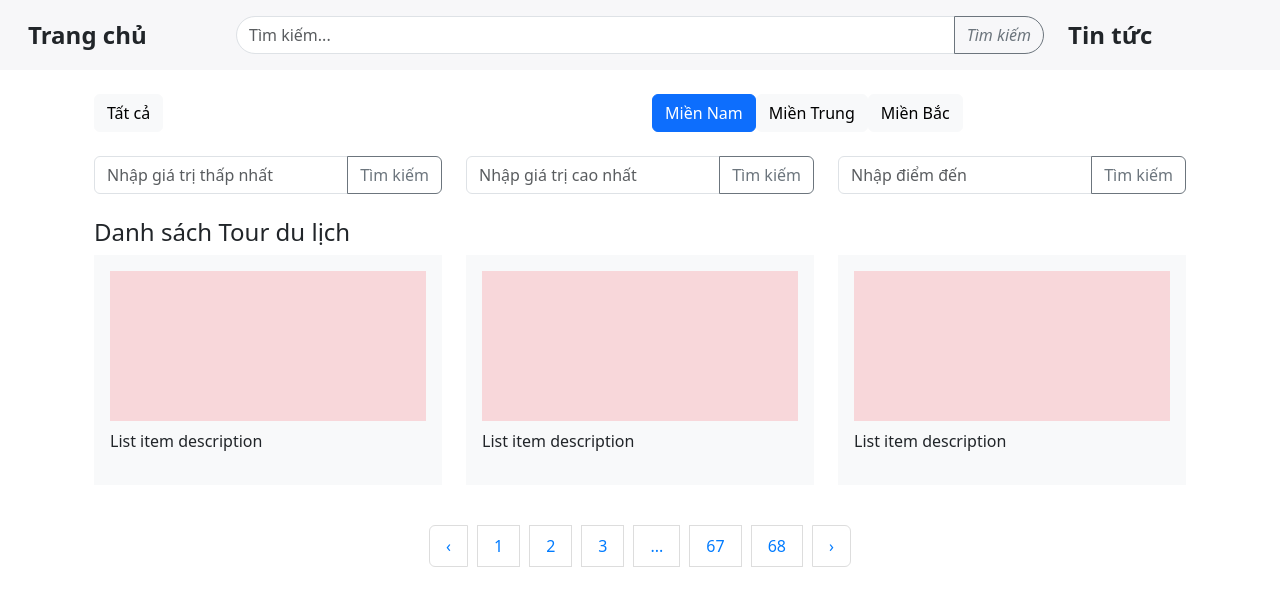
Repository: Minh23122003/qlDuAnPhanMem
Page: / (app in frontend/)
An editor plug-in stored every save of this project. The page is shown before and after a run of saves, followed by the edit.
The browser window is 1280 px wide. The pictures show the whole page.
The project was rebuilt for these pictures with package versions that can differ from the ones it lists, and the page was loaded fresh each time. Also part of the build but not shown: frontend/src/service/WebSocketService.js, frontend/src/components/Notifications.js, frontend/src/layout/Footer.js, frontend/src/configs/Apis.js, frontend/src/components/Relativeparkcard.js, frontend/src/components/Receipt/ReceiptList.css, frontend/src/components/merchandisecabinet.js, frontend/src/components/Service.js and 12 more.

Above is the page before, as saved 2024-09-05 19:45:54.

After the next 2 saves:
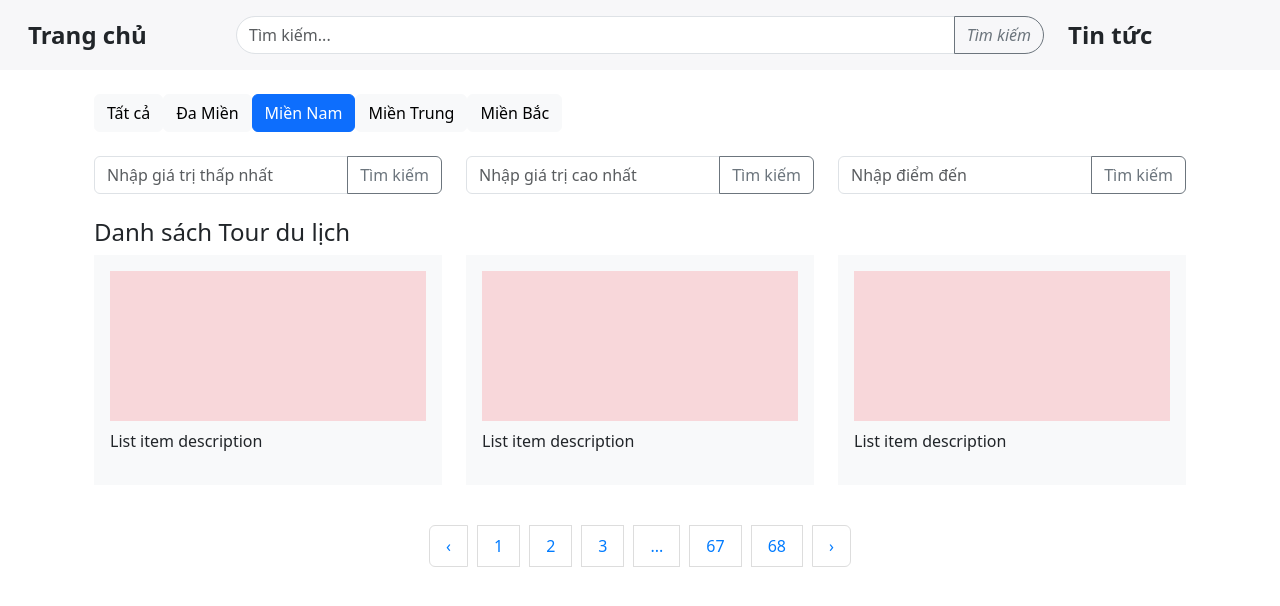
The 2 saves are shown as one change because they came seconds apart.
The last was saved 8 s later.
--- a/frontend/src/components/Home.js
+++ b/frontend/src/components/Home.js
@@ -7,8 +7,7 @@ function TourPage() {
             <Row className="mb-4 mt-4">
                 <Col>
                     <Button variant="light">Tất cả</Button>
-                </Col>
-                <Col>
+                    <Button variant="light">Đa Miền</Button>
                     <Button variant="primary">Miền Nam</Button>
                     <Button variant="light">Miền Trung</Button>
                     <Button variant="light">Miền Bắc</Button>
